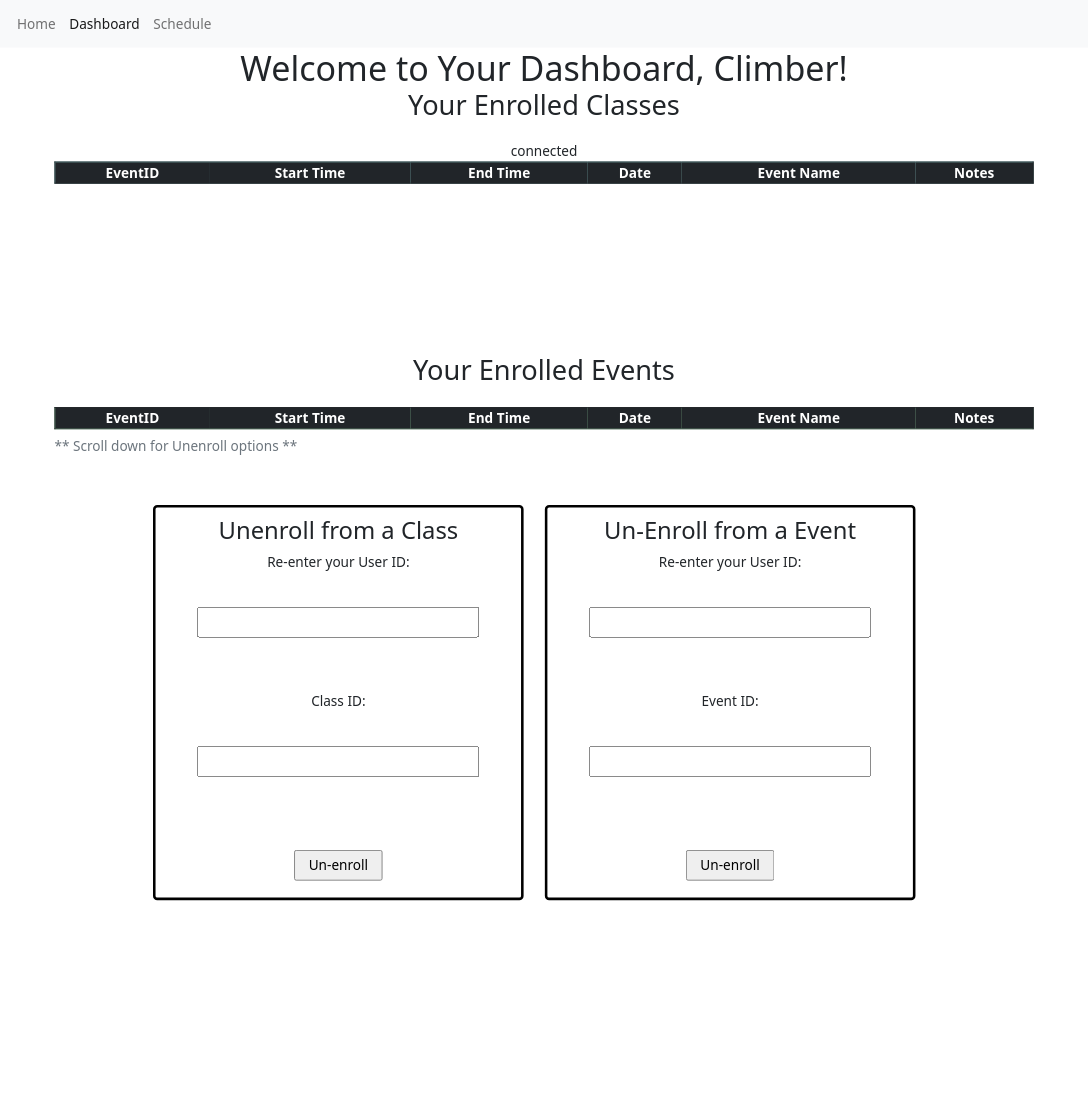
Repository: jennefercampoverde/Rock-Climb-Up
Page: http://localhost/Climberdashboard.php
The author's editor kept a copy of each file at every save. The page is drawn from the files as they stood at one save, then again after the next save.
The browser window is 1280 px wide. The pictures show the whole page, at 85% of full size.
The page is run by PHP 8.4 with error messages shown; the project is at /var/www/html/. Queries for data that is not in the repository find no rows.

Above is the page before, as saved 2024-12-08 09:54:31.

After the next save:
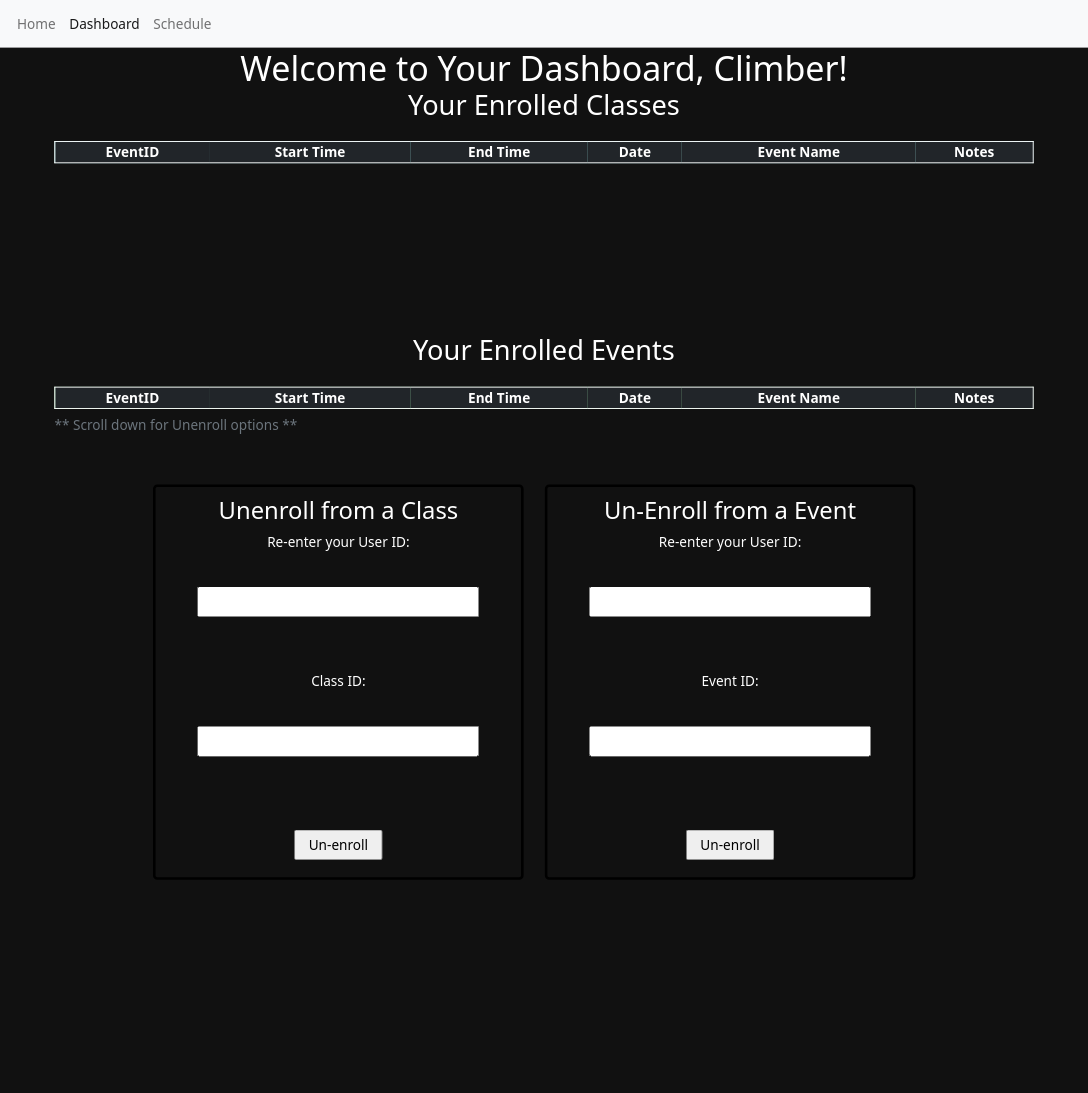
Saved 19 s later.
--- a/Climberdashboard.php
+++ b/Climberdashboard.php
@@ -8,7 +8,7 @@
   <link rel="stylesheet" type="text/css" href="style.css">
   <link href="https://cdn.jsdelivr.net/npm/bootstrap@5.2.3/dist/css/bootstrap.min.css" rel="stylesheet" integrity="sha384-rbsA2VBKQhggwzxH7pPCaAqO46MgnOM80zW1RWuH61DGLwZJEdK2Kadq2F9CUG65" crossorigin="anonymous">
 </head>
-<body id="" >
+<body id="home" >
 <nav class="navbar navbar-expand-lg bg-light">
     <div class="container-fluid">
     <button class="navbar-toggler" type="button" data-bs-toggle="collapse" data-bs-target="#navbarNavAltMarkup" aria-controls="navbarNavAltMarkup" aria-expanded="false" aria-label="Toggle navigation">
@@ -58,7 +58,6 @@ if($conn->connect_error){
    die("Connection failed" . $conn->connect_error);
    }
  else{
-  echo"connected";
 
 $userID=1;
 
